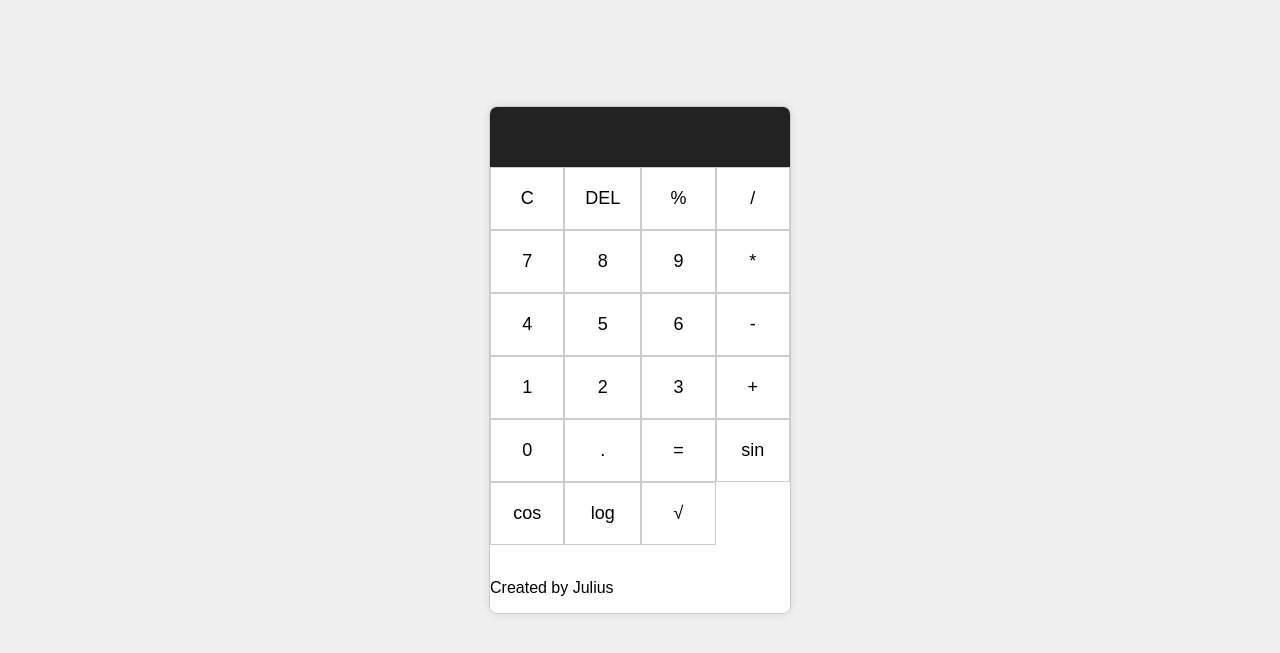
Repository: JuliusMonday/myCalculator
Page: index.html
An editor plug-in stored every save of this project. The page is shown before and after the next save, followed by the edit.
The browser window is 1280 px wide. The pictures show the whole page.

Above is the page before, as saved 2024-05-31 08:42:56.

### index.html
<!DOCTYPE html>
<html lang="en">
<head>
    <meta charset="UTF-8">
    <meta name="viewport" content="width=device-width, initial-scale=1.0">
    <title>JuliusCalc - Scientific Calculator</title>
    <link rel="stylesheet" href="styles.css">
</head>
<body>
    <div class="calculator">
        <div class="display">
            <input type="text" id="result" disabled>
        </div>
        <div class="buttons">
            <button onclick="clearDisplay()">C</button>
            <button onclick="deleteChar()">DEL</button>
            <button onclick="appendChar('%')">%</button>
            <button onclick="appendChar('/')">/</button>

            <button onclick="appendChar('7')">7</button>
            <button onclick="appendChar('8')">8</button>
            <button onclick="appendChar('9')">9</button>
            <button onclick="appendChar('*')">*</button>

            <button onclick="appendChar('4')">4</button>
            <button onclick="appendChar('5')">5</button>
            <button onclick="appendChar('6')">6</button>
            <button onclick="appendChar('-')">-</button>

            <button onclick="appendChar('1')">1</button>
            <button onclick="appendChar('2')">2</button>
            <button onclick="appendChar('3')">3</button>
            <button onclick="appendChar('+')">+</button>

            <button onclick="appendChar('0')">0</button>
            <button onclick="appendChar('.')">.</button>
            <button onclick="calculate()">=</button>

            <button onclick="appendChar('Math.sin(')">sin</button>
            <button onclick="appendChar('Math.cos(')">cos</button>
            <button onclick="appendChar('Math.log(')">log</button>
            <button onclick="appendChar('Math.sqrt(')">√</button>
        </div>
        <marquee></marquee><p>Created by Julius</p>
    </div>
    <script src="index.js"></script>
</body>
</html>

### styles.css
body {
    display: flex;
    justify-content: center;
    align-items: center;
    height: 100vh;
    background-color: #f0f0f0;
    font-family: 'Arial', sans-serif;
    margin: 0;
}

.calculator {
    width: 300px;
    border: 1px solid #ccc;
    border-radius: 8px;
    overflow: hidden;
    box-shadow: 0 0 10px rgba(0, 0, 0, 0.1);
    background-color: #ffffff;
}

.display {
    background-color: #222;
    color: #fff;
    padding: 0;
    font-size: 24px;
    position: relative;
    height: 60px;
    display: flex;
    align-items: flex-end;
    padding-right: 10px;
}

.display input {
    width: 100%;
    border: none;
    background: none;
    color: #fff;
    text-align: right;
    font-size: 24px;
    padding: 0;
    box-sizing: border-box;
    line-height: 60px;
    height: 60px;
}

.buttons {
    display: grid;
    grid-template-columns: repeat(4, 1fr);
}

button {
    padding: 20px;
    font-size: 18px;
    border: 1px solid #ccc;
    background-color: #fff;
    cursor: pointer;
    transition: background-color 0.2s;
}

button:hover {
    background-color: #f0f0f0;
}

button:active {
    background-color: #ddd;
}

/* Responsive Design */
@media (max-width: 600px) {
    .calculator {
        width: 100%;
        height: 100%;
        border-radius: 5;
    }
    .display {
        padding: 10px;
        font-size: 20px;
        height: 500px;
        /* margin-bottom: 100px; */
    }
    button {
        padding: 15px;
        font-size: 20px;
    }
}

### index.js
// script.js

function appendChar(char) {
    document.getElementById('result').value += char;
}

function clearDisplay() {
    document.getElementById('result').value = '';
}

function deleteChar() {
    let currentDisplay = document.getElementById('result').value;
    document.getElementById('result').value = currentDisplay.slice(0, -1);
}

function calculate() {
    try {
        let expression = document.getElementById('result').value;

        // Automatically close any opened parentheses
        let openParenthesisCount = (expression.match(/\(/g) || []).length;
        let closeParenthesisCount = (expression.match(/\)/g) || []).length;
        let missingCloseParenthesis = openParenthesisCount - closeParenthesisCount;

        for (let i = 0; i < missingCloseParenthesis; i++) {
            expression += ')';
        }

        let result = eval(expression);
        document.getElementById('result').value = result;
    } catch (error) {
        document.getElementById('result').value = 'Error';
    }
}

After the next save:
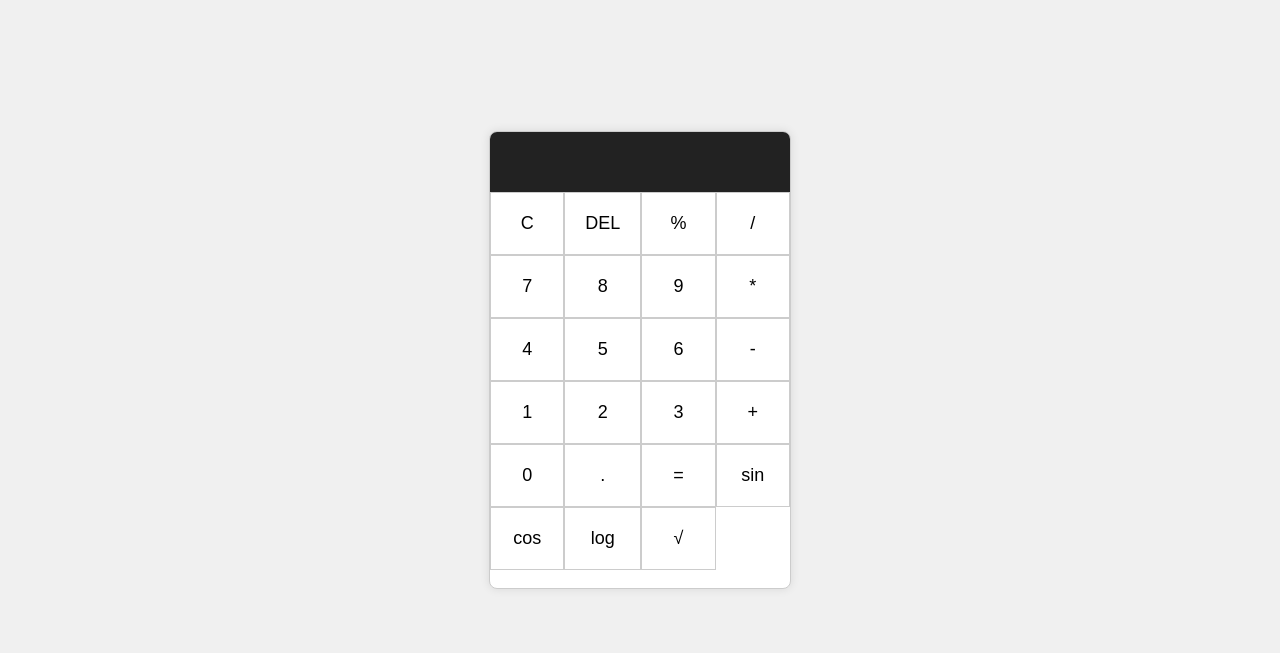
Saved 10 s later.
--- a/index.html
+++ b/index.html
@@ -41,7 +41,7 @@
             <button onclick="appendChar('Math.log(')">log</button>
             <button onclick="appendChar('Math.sqrt(')">√</button>
         </div>
-        <marquee></marquee><p>Created by Julius</p>
+        <marquee></marquee>
     </div>
     <script src="index.js"></script>
 </body>
